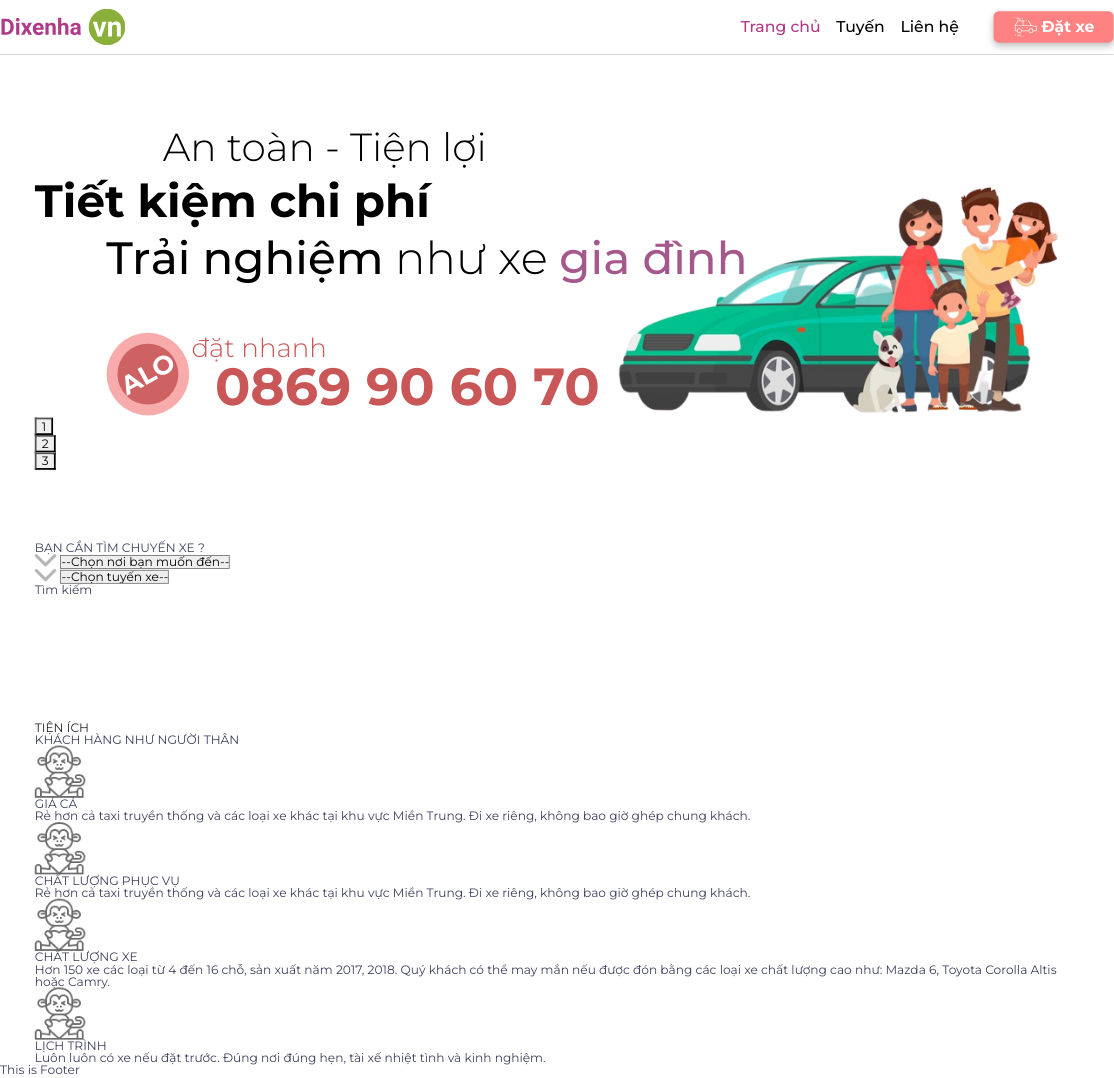
Repository: thanhthien0706/last_project--fe004
Page: lastProductF004/dist/index.html
The author's editor kept a copy of each file at every save. The page is drawn from the files as they stood at one save, then again after the next save.
The browser window is 1280 px wide. The pictures show the whole page, at 87% of full size.
Some web libraries are served in a nearby version. The style sheet was rebuilt from its Sass, Less or Tailwind sources for each picture, by a compiler version that may differ from the author's.

Above is the page before, as saved 2021-09-16 20:27:17.

### lastProductF004/dist/index.html
<html lang="vi">

<head>
  <!-- include head.html -->
  <title>Trang web cho thuê xe Đà Nẵng - Hội An</title>
<meta name="viewport" content="width=device-width, initial-scale=1, shrink-to-fit=no">
<meta http-equiv="Content-type" content="text/html;charset=UTF-8">

<!-- favicon -->
<link href="/images/favicon.ico" type="image/x-icon" rel="icon">
<!-- meta social -->
<meta name="twitter:card" content="" />
<meta name="twitter:site" content="" />
<meta name="twitter:creator" content="" />
<meta property="og:description" content="" />
<meta property="og:image" content="" />
<meta property="og:site_name" content="">
<meta property="og:title" content="" />
<meta property="og:type" content="">
<meta property="og:url" content="" />
<link rel="apple-touch-icon" sizes="180x180" href="/images/favicon/apple-touch-icon.png">
<link rel="icon" type="image/png" sizes="32x32" href="/images/favicon/favicon-32x32.png">
<link rel="icon" type="image/png" sizes="16x16" href="/images/favicon/favicon-16x16.png">

<link rel="manifest" href="/manifest.json">

<meta name="mobile-web-app-capable" content="yes">
<meta name="apple-mobile-web-app-capable" content="yes">
<meta name="application-name" content="Short name web app">
<meta name="apple-mobile-web-app-title" content="Short name web app">
<meta name="theme-color" content="#00a849">
<meta name="msapplication-navbutton-color" content="#00a849">
<meta name="apple-mobile-web-app-status-bar-style" content="black-translucent">
<meta name="msapplication-starturl" content="/">


  <!-- include styles.html -->
  <link href="https://fonts.googleapis.com/css?family=Roboto|Roboto+Condensed|Roboto+Mono|Roboto+Slab&display=swap"
    rel="stylesheet">
<link href="https://fonts.googleapis.com/icon?family=Material+Icons" rel="stylesheet">


<!-- boostrap -->
<link rel="stylesheet" href="https://stackpath.bootstrapcdn.com/bootstrap/4.4.1/css/bootstrap.min.css"
    integrity="sha384-Vkoo8x4CGsO3+Hhxv8T/Q5PaXtkKtu6ug5TOeNV6gBiFeWPGFN9MuhOf23Q9Ifjh" crossorigin="anonymous">
<link rel="stylesheet" href="https://use.fontawesome.com/releases/v5.8.2/css/all.css"
    integrity="sha384-oS3vJWv+0UjzBfQzYUhtDYW+Pj2yciDJxpsK1OYPAYjqT085Qq/1cq5FLXAZQ7Ay" crossorigin="anonymous">

<link rel="stylesheet" href="https://unpkg.com/swiper/swiper-bundle.css">
<link rel="stylesheet" href="https://unpkg.com/swiper/swiper-bundle.min.css">

<link href="https://unpkg.com/aos@2.3.1/dist/aos.css" rel="stylesheet">

<!-- build:css(.tmp) style/style.min.css -->
<!-- <link rel="stylesheet" type="text/css" media="screen" href="styles/main.scss"/> -->
<link rel="stylesheet" type="text/css" media="screen" href="css/main.css" />
<!-- endbuild -->
</head>

<body class="wrapper">
  <header class="main_header">
  <div class="container_edit">
    <div class="box_main_content">
      <div class="box_logo">
        <img src="../../images/logo.svg" alt="logo" class="img_logo">
      </div>
      <div class="box_main_menu">
        <ul class="lista_menu">
          <li class="item_list">
              <a href="#" class="active">Trang chủ</a>
          </li>
          <li class="item_list">
              <a href="#">Tuyến</a>
          </li>
          <li class="item_list">
              <a href="#">Liên hệ</a>
          </li>
        </ul>
        <a href="#" class="btn_dat_xe">
          <img src="images/icon/ic_car-1.svg" alt="">
          <span class="text">Đặt xe</span>
        </a>
      </div>
    </div>
  </div>

</header>

  <section>

    <section class="section_01">
      <div class="container_new_edit">
        <div class="box_main_slide">
          <!-- slide 1 -->
          <div class="box_content_slide">

            <div class="box_slogan">
              <p class="slogan_1">An toàn - Tiện lợi</p>
              <p class="slogan_2">Tiết kiệm chi phí</p>
              <p class="slogan_3"><span class="sp_slogan_1">Trải nghiệm</span> như xe <span class="sp_slogan_2">gia đình</span></p>
            </div>

            <div class="box_contact">
              <div class="box_icon">
                <div class="shape_1"></div>
                <div class="shape_2"></div>
                <p class="icon">ALO</p>
              </div>
              <div class="box_text">
                <p>đặt nhanh</p>
                <p class="sdt">
                  0869 90 60 70
                </p>
              </div>
            </div>

            <div class="box_img">
              <img src="images/bg/bg_image-1.png" alt="">
            </div>

          </div>

          <!-- slide 2 -->
          <div class="box_content_slide">

            <div class="box_slogan">
              <p class="slogan_1">An toàn - Tiện lợi</p>
              <p class="slogan_2">Tiết kiệm chi phí</p>
              <p class="slogan_3"><span class="sp_slogan_1">Trải nghiệm</span> như xe <span class="sp_slogan_2">gia đình</span></p>
            </div>

            <div class="box_contact">
              <div class="box_icon">
                <div class="shape_1"></div>
                <div class="shape_2"></div>
                <p class="icon">ALO</p>
              </div>
              <div class="box_text">
                <p>đặt nhanh</p>
                <p class="sdt">
                  0869 90 60 70
                </p>
              </div>
            </div>

            <div class="box_img">
              <img src="images/bg/bg_image-1.png" alt="">
            </div>

          </div>

          <!-- slide 3 -->
          <div class="box_content_slide">

            <div class="box_slogan">
              <p class="slogan_1">An toàn - Tiện lợi</p>
              <p class="slogan_2">Tiết kiệm chi phí</p>
              <p class="slogan_3"><span class="sp_slogan_1">Trải nghiệm</span> như xe <span class="sp_slogan_2">gia đình</span></p>
            </div>

            <div class="box_contact">
              <div class="box_icon">
                <div class="shape_1"></div>
                <div class="shape_2"></div>
                <p class="icon">ALO</p>
              </div>
              <div class="box_text">
                <p>đặt nhanh</p>
                <p class="sdt">
                  0869 90 60 70
                </p>
              </div>
            </div>

            <div class="box_img">
              <img src="images/bg/bg_image-1.png" alt="">
            </div>

          </div>

        </div>
      </div>
    </section>
    <section class="section_02">
      <div class="container_new_edit">
        <div class="row_edit">
          <div class="box_left">
            <p>BẠN CẦN TÌM CHUYẾN XE ?</p>
            <section class="section_list_sec">

              <div class="box_main--sec">
                <span class="arrow">
                  <img src="images/icon/ic_arrow--down.png" alt="">
                </span>
                <select name="" id="" class="select_main">
                  <option value="1">--Chọn nơi bạn muốn đến--</option>
                  <option value="1">Đà nẵng</option>
                  <option value="1">Nha Trang</option>
                  <option value="1">Huế</option>
                </select>
              </div>

              <div class="box_main--sec">
                <span class="arrow">
                  <img src="images/icon/ic_arrow--down.png" alt="">
                </span>
                <select name="" id="" class="select_main">
                  <option value="1">--Chọn tuyến xe--</option>
                  <option value="1">Tuyến 1</option>
                  <option value="1">Tuyến 2</option>
                  <option value="1">Tuyến 3</option>
                </select>
              </div>

              <a href="#" class="btn_search">Tìm kiếm</a>
            </section>
          </div>
          <div class="box_right">
            <img src="images/bg/bg_img-2.svg" alt="">
          </div>
        </div>
      </div>
    </section>
    <section class="section_03">
      <div class="container_new_edit">
        <div class="box_header">
          <span>TIỆN ÍCH</span>
          <h2>KHÁCH HÀNG NHƯ NGƯỜI THÂN</h2>
        </div>
        <div class="box_tien-ich_main">
          <div class="box_grid">
            <div class="item_grid">
              <div class="box_conten">
                <div class="box_logo">
                  <img src="images/icon/ic_monkey.png" alt="">
                </div>
                <div class="box_text--main">
                  <h2>GIÁ CẢ</h2>
                  <p>
                    Rẻ hơn cả taxi truyền thống và các loại xe khác tại khu vực Miền Trung.
                    Đi xe riêng, không bao giờ ghép chung khách.
                  </p>
                </div>
              </div>
            </div>
            <div class="item_grid">
              <div class="box_conten">
                <div class="box_logo">
                  <img src="images/icon/ic_monkey.png" alt="">
                </div>
                <div class="box_text--main">
                  <h2>CHẤT LƯỢNG PHỤC VỤ</h2>
                  <p>
                    Rẻ hơn cả taxi truyền thống và các loại xe khác tại khu vực Miền Trung.
                    Đi xe riêng, không bao giờ ghép chung khách.
                  </p>
                </div>
              </div>
            </div>
            <div class="item_grid">
              <div class="box_conten">
                <div class="box_logo">
                  <img src="images/icon/ic_monkey.png" alt="">
                </div>
                <div class="box_text--main">
                  <h2>CHẤT LƯỢNG XE</h2>
                  <p>
                    Hơn 150 xe các loại từ 4 đến 16 chỗ, sản xuất năm 2017, 2018.
                    Quý khách có thể may mắn nếu được đón bằng các loại xe chất lượng cao
                    như: Mazda 6, Toyota Corolla Altis hoặc Camry.
                  </p>
                </div>
              </div>
            </div>
            <div class="item_grid">
              <div class="box_conten">
                <div class="box_logo">
                  <img src="images/icon/ic_monkey.png" alt="">
                </div>
                <div class="box_text--main">
                  <h2>LỊCH TRÌNH</h2>
                  <p>
                    Luôn luôn có xe nếu đặt trước.
                    Đúng nơi đúng hẹn, tài xế nhiệt tình và kinh nghiệm.
                  </p>
                </div>
              </div>
            </div>
          </div>
        </div>
      </div>
    </section>

  </section>
  <footer class="main_footer">
        <h1>This is Footer</h1>
</footer>

  <!-- include scripts.html -->
  <!-- boostrap -->
<script src="https://ajax.googleapis.com/ajax/libs/jquery/3.4.1/jquery.min.js"></script>
<!-- <script src="https://code.jquery.com/jquery-3.3.1.slim.min.js"
        integrity="sha384-q8i/X+965DzO0rT7abK41JStQIAqVgRVzpbzo5smXKp4YfRvH+8abtTE1Pi6jizo"
        crossorigin="anonymous"></script> -->
<script src="https://cdnjs.cloudflare.com/ajax/libs/popper.js/1.14.7/umd/popper.min.js"
        integrity="sha384-UO2eT0CpHqdSJQ6hJty5KVphtPhzWj9WO1clHTMGa3JDZwrnQq4sF86dIHNDz0W1"
        crossorigin="anonymous"></script>
<script src="https://stackpath.bootstrapcdn.com/bootstrap/4.3.1/js/bootstrap.min.js"
        integrity="sha384-JjSmVgyd0p3pXB1rRibZUAYoIIy6OrQ6VrjIEaFf/nJGzIxFDsf4x0xIM+B07jRM"
        crossorigin="anonymous"></script>



<!-- build:js script/script.min.js -->
<script type="text/javascript" src="js/slick.js"></script>
<script type="text/javascript" src="js/script.js"></script>
<!-- endbuild -->

<script src="https://unpkg.com/aos@2.3.1/dist/aos.js"></script>
</body>

</html>

### lastProductF004/src/styles/main.scss
// ----------------------------------------------------------------------
// Font
// ----------------------------------------------------------------------
@import url('https://fonts.googleapis.com/css?family=Roboto:300,400,500,700,900&subset=vietnamese');
@import url('https://cdnjs.cloudflare.com/ajax/libs/font-awesome/5.15.1/css/all.min.css');
// ----------------------------------------------------------------------
// Base
// ----------------------------------------------------------------------
@import "base/reset";
@import "base/fonts";
@import "base/base";

// ----------------------------------------------------------------------
// Layout
// ----------------------------------------------------------------------
@import "layout/slick";
@import "layout/global";
@import "layout/keyframes";
@import "layout/header";
@import "layout/footer";

// ----------------------------------------------------------------------
// Pages
// ----------------------------------------------------------------------
@import "pages/homepage";

### lastProductF004/src/styles/base/_fonts.scss
@import url('https://fonts.googleapis.com/css2?family=Montserrat:wght@100;200;300;400;500;600;700;800;900&display=swap');
// font-family: 'Montserrat', sans-serif;

### lastProductF004/src/styles/layout/_keyframes.scss
@include keyframes(faderighttoleft) {
    from {
        opacity: 0;
        right: -50px;
    }

    to {
        opacity: 1;
        right: 0;
    }
}

@include keyframes(face_text_slide) {
    from {
        opacity: 0;
        top: 20px;
    }

    to {
        opacity: 1;
        top: 0;
    }
}
@include keyframes(showcar_home) {
    from {
        opacity: 0;
        visibility: hidden;
        bottom: -10px;
    }

    to {
        opacity: 1;
        visibility: visible;
        bottom: 0;
    }
}

@include keyframes(showcar) {
    from {
        opacity: 0;
        visibility: hidden;
        bottom: -10px;
    }

    to {
        opacity: 1;
        visibility: visible;
        bottom: -24px;
    }
}

@include keyframes(xoayphone) {
    0% {
        @include xoay(-45deg);
    }

    50% {
        @include xoay(25deg);
    }

    100% {
        @include xoay(0deg);
    }
}

@include keyframes(onloadtabs) {
    from {
        opacity: 0;
        visibility: hidden;
        left: -10px;
    }

    to {
        opacity: 1;
        visibility: visible;
        left: 0;
    }
}

@include keyframes(showhomecar) {
    from {
        opacity: 0;
        visibility: hidden;
        min-height: 0;
        bottom: -20px;
    }

    to {
        opacity: 1;
        visibility: visible;
        min-height: 240px;
        bottom: 0;
    }
}

### lastProductF004/src/styles/layout/_header.scss
.container_edit{
    max-width: 1360px;
    width: 100%;
    margin: 0 auto;
}

.main_header{
    padding: 10px 0;
    background-color: #fff;
    border-bottom: 1px solid rgba(0, 0, 0, 0.22);
    .box_main_content{
        display: flex;
        flex-direction: row;
        justify-content: space-between;
        align-items: center;
        .box_logo{
            img{
                width: auto;
                height: 42px;
                object-fit: cover;
            }
        }
        .box_main_menu{
            display: flex;
            flex-direction: row;
            justify-self: center;
            align-items: center;
            .lista_menu{
                display: flex;
                flex-direction: row;
                justify-content: space-between;
                align-items: center;
                margin-right: 40px;
                .item_list{
                    margin-right:18px;
                    a{
                        font-size:18px;
                        color:#000;
                        font-weight: 500;
                        text-decoration: none;
                        transition: 0.5s;
                        &.active{
                            color:#AF3A87;
                        }
                        &:hover{
                            color:#AF3A87;
                        }
                    }
                    &:last-child{
                        margin-right:0;
                    }
                }
            }
            .btn_dat_xe{
                display: flex;
                flex-direction: row;
                justify-content: space-between;
                align-items: center;
                padding: 6px 22px;
                background-color: #FF8282;
                border-radius: 6px;
                text-decoration: none;
                filter: drop-shadow(0px 4px 4px rgba(0, 0, 0, 0.25));
                transition: 0.5s;
                &:hover{
                    opacity: 0.8;
                }
                img{
                    margin-right: 5px;
                }
                span{
                    font-size:18px;
                    color:#fff;
                    font-weight: bold;
                }
            }
        }
    }
}

### lastProductF004/src/styles/pages/_homepage.scss
html {
    scroll-behavior: smooth;
}

.container_new_edit{
    max-width: 1200px;
    width: 100%;
    margin: 0 auto;
}

.section_01{
    min-height:500px;
    padding: 83px 0;
    // width: 100%;
    .box_main_slide{
        .box_content_slide{
            position: relative;
            height: 334px;
            .box_slogan{
                position: absolute;
                top: 0;
                left: 0;
                .slogan_1{
                    @include font_size(45);
                    font-weight: 300;
                    color: #000;
                    margin-bottom: 14px;
                    margin-left: 147px;
                }
                .slogan_2{
                    @include font_size(52);
                    font-weight: bold;
                    color: #000;
                    margin-bottom: 14px;
                }
                .slogan_3{
                    @include font_size(52);
                    font-weight: 300;
                    color: #000;
                    margin-bottom: 14px;
                    margin-left: 82px;

                    .sp_slogan_1{
                        font-weight: 500;
                    }
                    .sp_slogan_2{
                        font-weight:500;
                        color: rgba(135, 32, 100, 0.75);
                    }
                }
            }
            .box_contact{
                position: absolute;
                display: flex;
                flex-direction: row;
                align-items: center;
                bottom: 5;
                left: 130px;
                .box_icon{
                    position: relative;
                    .shape_1{
                        position: absolute;
                        width: 95px;
                        height: 95px;
                        background-color:  rgba(245, 151, 151, 0.8);
                        top: 50%;
                        left: 50%;
                        transform: translate(-50%,-50%);
                        border-radius: 50%;
                    }
                    .shape_2{
                        position: absolute;
                        width: 70px;
                        height: 70px;
                        background-color: rgba(197, 81, 81, 0.8);
                        top: 50%;
                        left: 50%;
                        transform: translate(-50%,-50%);
                        border-radius: 50%;
                    }
                    p{
                        @include font_size(30);
                        font-weight: bold;
                        color: #fff;
                        text-align: center;
                        position: absolute;
                        top: 50%;
                        left: 50%;
                        transform: translate(-50%, -50%) rotate(-29deg);
                    }
                }

                .box_text{
                    margin-left: 50px;
                    p{
                        @include font_size(30);
                        font-weight: 300;
                        color: #CA5757;;
                    }
                    .sdt{
                        @include font_size(60);
                        font-weight: bold;
                        margin-left: 27px;
                    }
                }
            }
            .box_img{
                position: absolute;
                right: -44px;
                bottom: -54px;
                img{
                    width: auto;
                    height: 365px;
                    object-fit: cover;
                }
            }
        }
    }
}

Loaded but not shown: lastProductF004/dist/js/slick.js (library); lastProductF004/src/styles/base/_reset.scss (common file); lastProductF004/src/styles/layout/_slick.scss (common file); lastProductF004/dist/js/script.js (13 lines, source omitted); lastProductF004/src/styles/base/_base.scss (976 lines, source omitted); lastProductF004/src/styles/layout/_global.scss (187 lines, source omitted); lastProductF004/src/styles/layout/_footer.scss (no stored copy; drawn as an empty file)

After the next save:
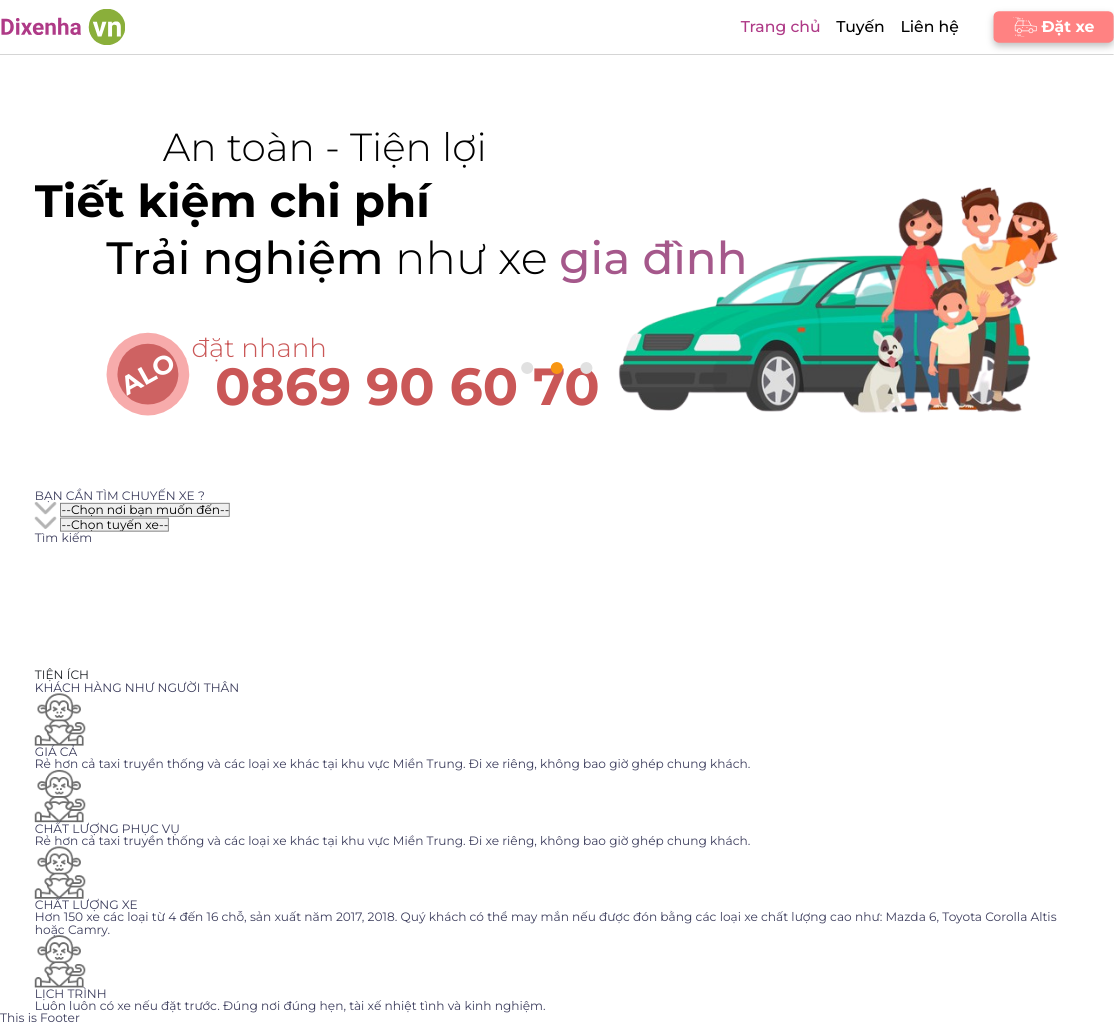
Saved 2 min 8 s later.
--- a/lastProductF004/src/styles/pages/_homepage.scss
+++ b/lastProductF004/src/styles/pages/_homepage.scss
@@ -115,5 +115,44 @@ html {
                 }
             }
         }
+        .slick-dots{
+            position: absolute;
+            bottom: 50px;
+            left: 0;
+            right: 0;
+            display: flex;
+            flex-direction: row;
+            align-items: center;
+            justify-content: center;
+            @include maxWidth(480px) {
+                bottom: 30px;
+            }
+            li {
+                margin-right: 20px;
+
+                button {
+                  height: 14px;
+                  width: 14px;
+                  background: #e1e1e1;
+                  text-indent: -9999px;
+                  display: block;
+                  border: 2px solid #e1e1e1;
+                  border-radius: 50%;
+                  padding: 0;
+                  outline: none
+                }
+
+                &:last-child {
+                  margin-right: 0;
+                }
+
+                &.slick-active {
+                  button {
+                    border: 2px solid $col1;
+                    background-color: $col1;
+                  }
+                }
+              }
+        }
     }
 }
